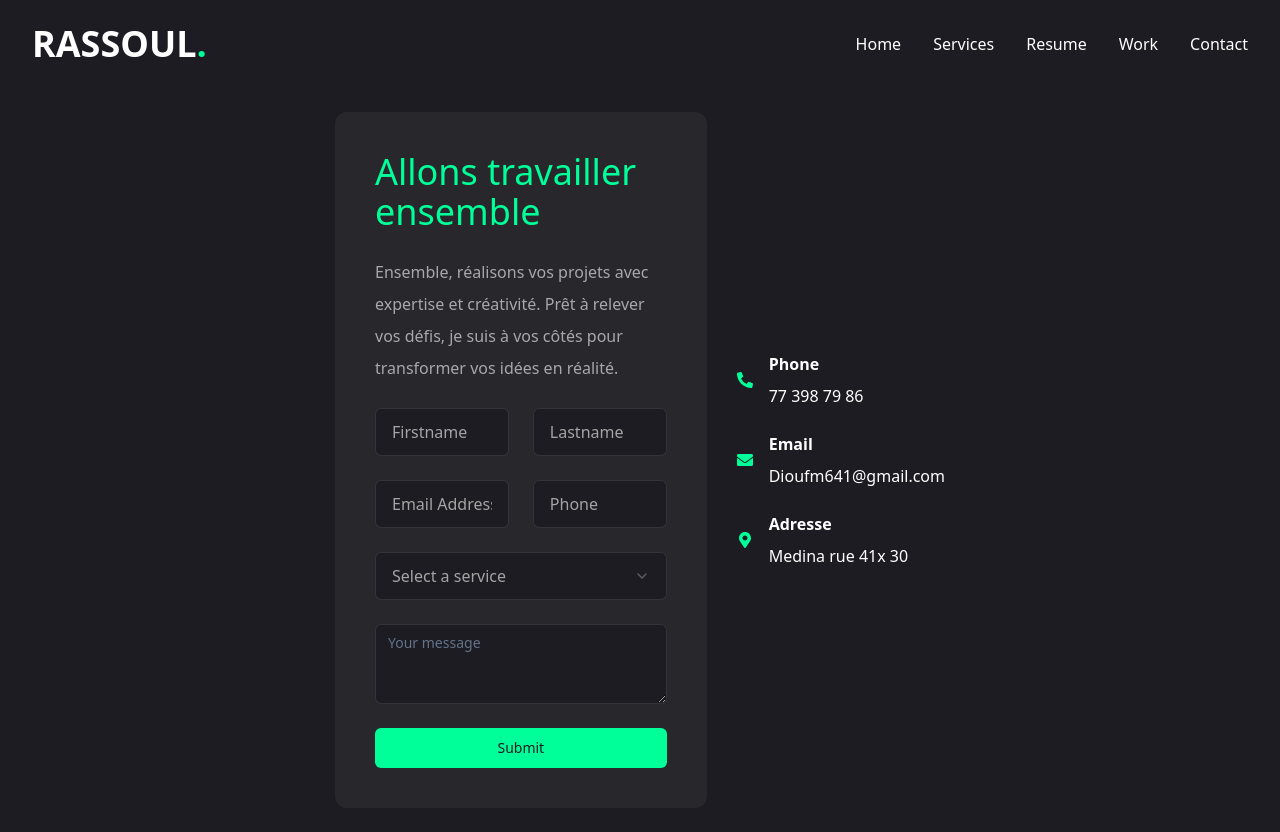
Repository: MDiouf9/portfolio2
Page: /contact
These files come from the project's save history. The page is drawn as it stood at one moment and after a run of saves; the edit follows.
The browser window is 1280 px wide. The pictures show the whole page.
The project was rebuilt for these pictures with package versions that can differ from the ones it lists, and the page was loaded fresh each time. The framework's server and built-in components were replaced by stand-ins that run in the browser. Also part of the build but not shown: next.config.mjs.

Above is the page before, as saved 2024-10-15 23:49:28.

### src/app/contact/page.tsx
"use client"
import { Button } from '@/components/ui/button';
import { Input } from '@/components/ui/input';
import { Textarea } from '@/components/ui/textarea';
import {
  Select,
  SelectContent,
  SelectGroup,
  SelectItem,
  SelectLabel,
  SelectTrigger,
  SelectValue
} from '@/components/ui/select';
import { FaPhoneAlt, FaEnvelope, FaMapMarkerAlt } from 'react-icons/fa';
import { motion } from 'framer-motion';

const info = [
  {
    icon: <FaPhoneAlt />,
    title: 'Phone',
    description: '77 398 79 86'
  },
  {
    icon: <FaEnvelope />,
    title: 'Email',
    description: 'Dioufm641@gmail.com'
  },
  {
    icon: <FaMapMarkerAlt />,
    title: 'Adresse',
    description: 'Medina rue 41x 30'
  }
];

const Contact = () => {
  return (
    <motion.section
      initial={{ opacity: 0 }}
      animate={{
        opacity: 1,
        transition: { delay: 2.4, duration: 0.4, ease: 'easeIn' },
      }}
      className="py-6"
    >
      <div className="container w">
        <div className="flex flex-col xl:flex-row gap-[30px]">
          {/* Formulaire de contact */}
          <div className="xl:h-[54%] order-2 xl:order-none w-full">
            <form className="flex flex-col gap-6 p-10 bg-[#27272c] rounded-xl w-full">
              <h3 className="text-4xl text-accent"> Allons travailler ensemble</h3>
              <p className="text-white/60">


Ensemble, réalisons vos projets avec expertise et créativité. Prêt à relever vos défis, je suis à vos côtés pour transformer vos idées en réalité.
              </p>
              <div className="grid grid-cols-1 md:grid-cols-2 gap-6">
                <Input type="text" placeholder="Firstname" />
                <Input type="text" placeholder="Lastname" />
                <Input type="email" placeholder="Email Address" />
                <Input type="tel" placeholder="Phone" />
              </div>
              <Select>
                <SelectTrigger className="w-full">
                  <SelectValue placeholder="Select a service" />
                </SelectTrigger>
                <SelectContent>
                  <SelectGroup>
                    <SelectLabel>Select a service</SelectLabel>
                    <SelectItem value="est">Web Development</SelectItem>
                    <SelectItem value="cst">Mobile Development</SelectItem>
                  </SelectGroup>
                </SelectContent>
              </Select>
              <Textarea className='h-[200px]:' placeholder="Your message" />
              <Button>Submit</Button>
            </form>
          </div>

          {/* Section avec les informations de contact */}
          <div className="flex-1 flex items-center xl:justify-end order-1 xl:order-none mb-8 xl:mb-0">
            <div className="space-y-4 text-white">
              {info.map((item, index) => (
                <div key={index} className="flex items-center space-x-4">
                  <div className="text-accent">{item.icon}</div>
                  <div>
                    <h4 className="font-bold">{item.title}</h4>
                    <p>{item.description}</p>
                  </div>
                </div>
              ))}
            </div>
          </div>
        </div>
      </div>
    </motion.section>
  );
};

export default Contact;

### src/components/Header.tsx
import Link from 'next/link';
import { Button } from './ui/button';
import React from 'react';
import Nav from './Nav';
import MobileNav from './MobileNav';

const Header = () => {
  return (
    <header className='bg-dark py-3 xl:py-6 text-white w-full'>
      {/* Wrapper pour le contenu du header */}
      <div className='flex items-center justify-between px-4 md:px-8'>
        {/* Logo */}
        <Link href="/">
          <h1 className='text-3xl md:text-4xl font-semibold'>
            RASSOUL<span className='text-accent'>.</span>
          </h1>
        </Link>

        {/* Menu de navigation pour les grands écrans */}
        <div className="hidden xl:flex items-center gap-8">
          <Nav />
          {/* <Link href="/Contact">
            <Button>Hire Me</Button>
          </Link> */}
        </div>

        {/* Menu mobile (uniquement visible sur petits écrans) */}
        <div className='xl:hidden'>
          <MobileNav />
        </div>
      </div>
    </header>
  );
};

export default Header;

### src/components/ui/button.tsx
import * as React from "react";
import { Slot } from "@radix-ui/react-slot";
import { cva, type VariantProps } from "class-variance-authority";

import { cn } from "@/lib/utils";

// Définit les variantes directement dans l'objet variants
const buttonVariants = cva(
  "inline-flex items-center justify-center whitespace-nowrap rounded-md text-sm font-medium ring-offset-white transition-colors focus-visible:outline-none focus-visible:ring-2 focus-visible:ring-slate-950 focus-visible:ring-offset-2 disabled:pointer-events-none disabled:opacity-50 dark:ring-offset-slate-950 dark:focus-visible:ring-slate-300",
  {
    variants: {
      variant: {
        default: "bg-accent text-primary hover:bg-accent-hover",
        outline: "border border-slate-300 text-slate-700 hover:bg-accent-hover",
      },
      size: {
        default: "h-10 px-4 py-2",
        sm: "h-9 rounded-md px-3",
        lg: "h-11 rounded-md px-8",
        icon: "h-10 w-10",
      },
    },
    defaultVariants: {
      variant: "default",
      size: "default",
    },
  }
);

// Interface ButtonProps
export interface ButtonProps
  extends React.ButtonHTMLAttributes<HTMLButtonElement>,
    VariantProps<typeof buttonVariants> {
  asChild?: boolean;
}

const Button = React.forwardRef<HTMLButtonElement, ButtonProps>(
  ({ className, variant, size, asChild = false, ...props }, ref) => {
    const Comp = asChild ? Slot : "button";
    return (
      <Comp
        className={cn(buttonVariants({ variant, size, className }))}
        ref={ref}
        {...props}
      />
    );
  }
);
Button.displayName = "Button";

export { Button, buttonVariants };

### src/components/ui/input.tsx
import * as React from "react"

import { cn } from "@/lib/utils"

export interface InputProps
  extends React.InputHTMLAttributes<HTMLInputElement> {}

const Input = React.forwardRef<HTMLInputElement, InputProps>(
  ({ className, type, ...props }, ref) => {
    return (
      <input
        type={type}
        className={cn( 'flex h-[48px] rounded-md border border-white/10 focus:border-accent font-light bg-primary px-4 py-5  text-base placeholder:text-white/60 outline-none',

          className
        )}
        ref={ref}
        {...props}
      />
    )
  }
)
Input.displayName = "Input"

export { Input }

### src/components/ui/textarea.tsx
import * as React from "react"

import { cn } from "@/lib/utils"

export interface TextareaProps
  extends React.TextareaHTMLAttributes<HTMLTextAreaElement> {}

const Textarea = React.forwardRef<HTMLTextAreaElement, TextareaProps>(
  ({ className, ...props }, ref) => {
    return (
      <textarea
        className={cn(
          "flex min-h-[80px] w-full rounded-md border border-white/10 bg-primary px-3 py-2 text-sm ring-offset-white placeholder:text-slate-500 focus-visible:outline-none focus-visible:ring-2 focus-visible:ring-accent focus-visible:ring-offset-2 disabled:cursor-not-allowed disabled:opacity-50 dark:border-slate-800 dark:bg-slate-950 dark:ring-offset-slate-950 dark:placeholder:text-slate-400 dark:focus-visible:ring-slate-300",
          className
        )}
        ref={ref}
        {...props}
      />
    )
  }
)
Textarea.displayName = "Textarea"

export { Textarea }

### src/components/ui/select.tsx
"use client"

import * as React from "react"
import * as SelectPrimitive from "@radix-ui/react-select"
import { Check, ChevronDown, ChevronUp } from "lucide-react"

import { cn } from "@/lib/utils"

const Select = SelectPrimitive.Root

const SelectGroup = SelectPrimitive.Group

const SelectValue = SelectPrimitive.Value

const SelectTrigger = React.forwardRef<
  React.ElementRef<typeof SelectPrimitive.Trigger>,
  React.ComponentPropsWithoutRef<typeof SelectPrimitive.Trigger>
>(({ className, children, ...props }, ref) => (
  <SelectPrimitive.Trigger
    ref={ref}
    className={cn(
      "flex h-[48px] w-full items-center justify-between rounded-md border border-white/10 bg-primary px-4 py-5 text-base text-white/60 placeholder:text-white/10 focus:outline-none focus:ring-2 focus:border-accent outline-none",
      className
    )}
    {...props}
  >
    {children}
    <SelectPrimitive.Icon asChild>
      <ChevronDown className="h-4 w-4 opacity-50" />
    </SelectPrimitive.Icon>
  </SelectPrimitive.Trigger>
))
SelectTrigger.displayName = SelectPrimitive.Trigger.displayName

const SelectScrollUpButton = React.forwardRef<
  React.ElementRef<typeof SelectPrimitive.ScrollUpButton>,
  React.ComponentPropsWithoutRef<typeof SelectPrimitive.ScrollUpButton>
>(({ className, ...props }, ref) => (
  <SelectPrimitive.ScrollUpButton
    ref={ref}
    className={cn(
      "flex cursor-default items-center justify-center py-1",
      className
    )}
    {...props}
  >
    <ChevronUp className="h-4 w-4" />
  </SelectPrimitive.ScrollUpButton>
))
SelectScrollUpButton.displayName = SelectPrimitive.ScrollUpButton.displayName

const SelectScrollDownButton = React.forwardRef<
  React.ElementRef<typeof SelectPrimitive.ScrollDownButton>,
  React.ComponentPropsWithoutRef<typeof SelectPrimitive.ScrollDownButton>
>(({ className, ...props }, ref) => (
  <SelectPrimitive.ScrollDownButton
    ref={ref}
    className={cn(
      "flex cursor-default items-center justify-center py-1",
      className
    )}
    {...props}
  >
    <ChevronDown className="h-4 w-4" />
  </SelectPrimitive.ScrollDownButton>
))
SelectScrollDownButton.displayName =
  SelectPrimitive.ScrollDownButton.displayName

const SelectContent = React.forwardRef<
  React.ElementRef<typeof SelectPrimitive.Content>,
  React.ComponentPropsWithoutRef<typeof SelectPrimitive.Content>
>(({ className, children, position = "popper", ...props }, ref) => (
  <SelectPrimitive.Portal>
    <SelectPrimitive.Content
      ref={ref}
      className={cn(
        "relative z-50 max-h-96 min-w-[8rem] overflow-hidden rounded-md border border-accent bg-primary text-white/60 shadow-md data-[state=open]:animate-in data-[state=closed]:animate-out data-[state=closed]:fade-out-0 data-[state=open]:fade-in-0 data-[state=closed]:zoom-out-95 data-[state=open]:zoom-in-95 data-[side=bottom]:slide-in-from-top-2 data-[side=left]:slide-in-from-right-2 data-[side=right]:slide-in-from-left-2 data-[side=top]:slide-in-from-bottom-2 dark:border-slate-800 dark:bg-slate-950 dark:text-slate-50",
        position === "popper" &&
          "data-[side=bottom]:translate-y-1 data-[side=left]:-translate-x-1 data-[side=right]:translate-x-1 data-[side=top]:-translate-y-1",
        className
      )}
      position={position}
      {...props}
    >
      <SelectScrollUpButton />
      <SelectPrimitive.Viewport
        className={cn(
          "p-1",
          position === "popper" &&
            "h-[var(--radix-select-trigger-height)] w-full min-w-[var(--radix-select-trigger-width)]"
        )}
      >
        {children}
      </SelectPrimitive.Viewport>
      <SelectScrollDownButton />
    </SelectPrimitive.Content>
  </SelectPrimitive.Portal>
))
SelectContent.displayName = SelectPrimitive.Content.displayName

const SelectLabel = React.forwardRef<
  React.ElementRef<typeof SelectPrimitive.Label>,
  React.ComponentPropsWithoutRef<typeof SelectPrimitive.Label>
>(({ className, ...props }, ref) => (
  <SelectPrimitive.Label
    ref={ref}
    className={cn("py-1.5 pl-8 pr-2 text-sm font-semibold", className)}
    {...props}
  />
))
SelectLabel.displayName = SelectPrimitive.Label.displayName

const SelectItem = React.forwardRef<
  React.ElementRef<typeof SelectPrimitive.Item>,
  React.ComponentPropsWithoutRef<typeof SelectPrimitive.Item>
>(({ className, children, ...props }, ref) => (
  <SelectPrimitive.Item
    ref={ref}
    className={cn(
      "relative flex w-full cursor-default select-none items-center rounded-sm py-1.5 pl-8 pr-2 text-sm outline-none focus:bg-accent focus:text-slate-900 data-[disabled]:pointer-events-none data-[disabled]:opacity-50 dark:focus:bg-slate-800 dark:focus:text-accent",
      className
    )}
    {...props}
  >
    <span className="absolute left-2 flex h-3.5 w-3.5 items-center justify-center">
      <SelectPrimitive.ItemIndicator>
        <Check className="h-4 w-4" />
      </SelectPrimitive.ItemIndicator>
    </span>

    <SelectPrimitive.ItemText>{children}</SelectPrimitive.ItemText>
  </SelectPrimitive.Item>
))
SelectItem.displayName = SelectPrimitive.Item.displayName

const SelectSeparator = React.forwardRef<
  React.ElementRef<typeof SelectPrimitive.Separator>,
  React.ComponentPropsWithoutRef<typeof SelectPrimitive.Separator>
>(({ className, ...props }, ref) => (
  <SelectPrimitive.Separator
    ref={ref}
    className={cn("-mx-1 my-1 h-px bg-slate-100 dark:bg-slate-800", className)}
    {...props}
  />
))
SelectSeparator.displayName = SelectPrimitive.Separator.displayName

export {
  Select,
  SelectGroup,
  SelectValue,
  SelectTrigger,
  SelectContent,
  SelectLabel,
  SelectItem,
  SelectSeparator,
  SelectScrollUpButton,
  SelectScrollDownButton,
}

### src/components/Nav.tsx
"use client"
import React from 'react'
import Link from 'next/link'
import { usePathname } from 'next/navigation'



const links =[
        {
            name: "Home",
            path: "/",
        },
        {
            name: "Services",
            path: "/Services",
        },
        {
            name: "Resume",
            path: "/Resume",
        },
        {
            name: "work",
            path: "/Work",
        },
        {
            name: "Contact",
            path: "/Contact",
        },
    ]
 const Nav = () => {
  const  pathname = usePathname();
  return (
    <nav className=' flex gap-8'>
        {links.map((link,index) => {
            return (
                <Link href={link.path} key={index} className={`${link.path === pathname && "text-accent border-b-2 border-accent"} capitalize font-medium hover:text-accent transition-all`}>
                    {link.name}
                </Link>
            );
        })}

    </nav>
  );
}
export default Nav

### src/components/MobileNav.tsx
"use client";
import React from 'react'
import {Sheet ,  SheetContent, SheetTrigger, } from '@/components/ui/sheet'
import { usePathname } from 'next/navigation';
import Link from 'next/link';
import {CiMenuFries} from "react-icons/ci"

const links =[
  {
    name: "Home",
    path: "/",
},
{
    name: "Services",
    path: "/Services",
},
{
    name: "Resume",
    path: "/Resume",
},
{
    name: "work",
    path: "/Work",
},
{
    name: "Contact",
    path: "/Contact",
},
]

const MobileNav = () => {
  const pathname = usePathname();
  return (
    <Sheet>
<SheetTrigger className='flex justify-center items-center'>
  <CiMenuFries  className=' text-[32px] text-accent'/>
</SheetTrigger>
<SheetContent  className='flex flex-col'>

     <div className=' mt-32 mb-40 text-center txt-2xl'>
     <h1> MOUHAMED<span className='text-accent'>.</span> <em className='text-accent'>DIOUF</em></h1>

     </div>
     <nav className='flex flex-col justify-center items-center gap-8'>
{links.map((link,index)=>{
  return (
    <Link href={link.path} key={index} className={`${link.path === pathname && "text-accent border-b-2 border-accent"} capitalize font-medium hover:text-accent transition-all`}>
      {link.name}


    </Link>
  )
})

}
     </nav>
     </SheetContent>
    </Sheet>
  )
}

export default MobileNav

### src/components/ui/sheet.tsx
"use client"

import * as React from "react"
import * as SheetPrimitive from "@radix-ui/react-dialog"
import { cva, type VariantProps } from "class-variance-authority"
import {IoMdClose} from 'react-icons/io'

import { cn } from "@/lib/utils"

const Sheet = SheetPrimitive.Root

const SheetTrigger = SheetPrimitive.Trigger

const SheetClose = SheetPrimitive.Close

const SheetPortal = SheetPrimitive.Portal

const SheetOverlay = React.forwardRef<
  React.ElementRef<typeof SheetPrimitive.Overlay>,
  React.ComponentPropsWithoutRef<typeof SheetPrimitive.Overlay>
>(({ className, ...props }, ref) => (
  <SheetPrimitive.Overlay
    className={cn(
      "fixed inset-0 z-50 bg-black/80  data-[state=open]:animate-in data-[state=closed]:animate-out data-[state=closed]:fade-out-0 data-[state=open]:fade-in-0",
      className
    )}
    {...props}
    ref={ref}
  />
))
SheetOverlay.displayName = SheetPrimitive.Overlay.displayName

const sheetVariants = cva(
  "fixed z-50 gap-4 bg-primary p-6 shadow-lg transition ease-in-out data-[state=open]:animate-in data-[state=closed]:animate-out data-[state=closed]:duration-300 data-[state=open]:duration-500 dark:bg-slate-950",
  {
    variants: {
      side: {
        top: "inset-x-0 top-0 border-b data-[state=closed]:slide-out-to-top data-[state=open]:slide-in-from-top",
        bottom:
          "inset-x-0 bottom-0 border-t data-[state=closed]:slide-out-to-bottom data-[state=open]:slide-in-from-bottom",
        left: "inset-y-0 left-0 h-full w-3/4  data-[state=closed]:slide-out-to-left data-[state=open]:slide-in-from-left sm:max-w-sm",
        right:
          "inset-y-0 right-0 h-full w-3/4   data-[state=closed]:slide-out-to-right data-[state=open]:slide-in-from-right sm:max-w-sm",
      },
    },
    defaultVariants: {
      side: "right",
    },
  }
)

interface SheetContentProps
  extends React.ComponentPropsWithoutRef<typeof SheetPrimitive.Content>,
    VariantProps<typeof sheetVariants> {}

const SheetContent = React.forwardRef<
  React.ElementRef<typeof SheetPrimitive.Content>,
  SheetContentProps
>(({ side = "right", className, children, ...props }, ref) => (
  <SheetPortal>
    <SheetOverlay />
    <SheetPrimitive.Content
      ref={ref}
      className={cn(sheetVariants({ side }), className)}
      {...props}
    >
      {children}
      <SheetPrimitive.Close className="absolute right-4 top-4 rounded-sm opacity-70 ring-offset-white transition-opacity hover:opacity-100 focus:outline-none focus:ring-2 focus:ring-slate-950 focus:ring-offset-2 disabled:pointer-events-none data-[state=open]:bg-slate-100 dark:ring-offset-slate-950 dark:focus:ring-slate-300 dark:data-[state=open]:bg-slate-800">
        <IoMdClose className="text-3xl text-accent" />
        <span className="sr-only">Close</span>
      </SheetPrimitive.Close>
    </SheetPrimitive.Content>
  </SheetPortal>
))
SheetContent.displayName = SheetPrimitive.Content.displayName

const SheetHeader = ({
  className,
  ...props
}: React.HTMLAttributes<HTMLDivElement>) => (
  <div
    className={cn(
      "flex flex-col space-y-2 text-center sm:text-left",
      className
    )}
    {...props}
  />
)
SheetHeader.displayName = "SheetHeader"

const SheetFooter = ({
  className,
  ...props
}: React.HTMLAttributes<HTMLDivElement>) => (
  <div
    className={cn(
      "flex flex-col-reverse sm:flex-row sm:justify-end sm:space-x-2",
      className
    )}
    {...props}
  />
)
SheetFooter.displayName = "SheetFooter"

const SheetTitle = React.forwardRef<
  React.ElementRef<typeof SheetPrimitive.Title>,
  React.ComponentPropsWithoutRef<typeof SheetPrimitive.Title>
>(({ className, ...props }, ref) => (
  <SheetPrimitive.Title
    ref={ref}
    className={cn("text-lg font-semibold text-slate-950 dark:text-slate-50", className)}
    {...props}
  />
))
SheetTitle.displayName = SheetPrimitive.Title.displayName

const SheetDescription = React.forwardRef<
  React.ElementRef<typeof SheetPrimitive.Description>,
  React.ComponentPropsWithoutRef<typeof SheetPrimitive.Description>
>(({ className, ...props }, ref) => (
  <SheetPrimitive.Description
    ref={ref}
    className={cn("text-sm text-slate-500 dark:text-slate-400", className)}
    {...props}
  />
))
SheetDescription.displayName = SheetPrimitive.Description.displayName

export {
  Sheet,
  SheetPortal,
  SheetOverlay,
  SheetTrigger,
  SheetClose,
  SheetContent,
  SheetHeader,
  SheetFooter,
  SheetTitle,
  SheetDescription,
}

Loaded but not shown: src/app/layout.tsx (common file); src/app/globals.css (common file); src/lib/utils.ts (common file); tailwind.config.ts (common file)

After the next 2 saves:
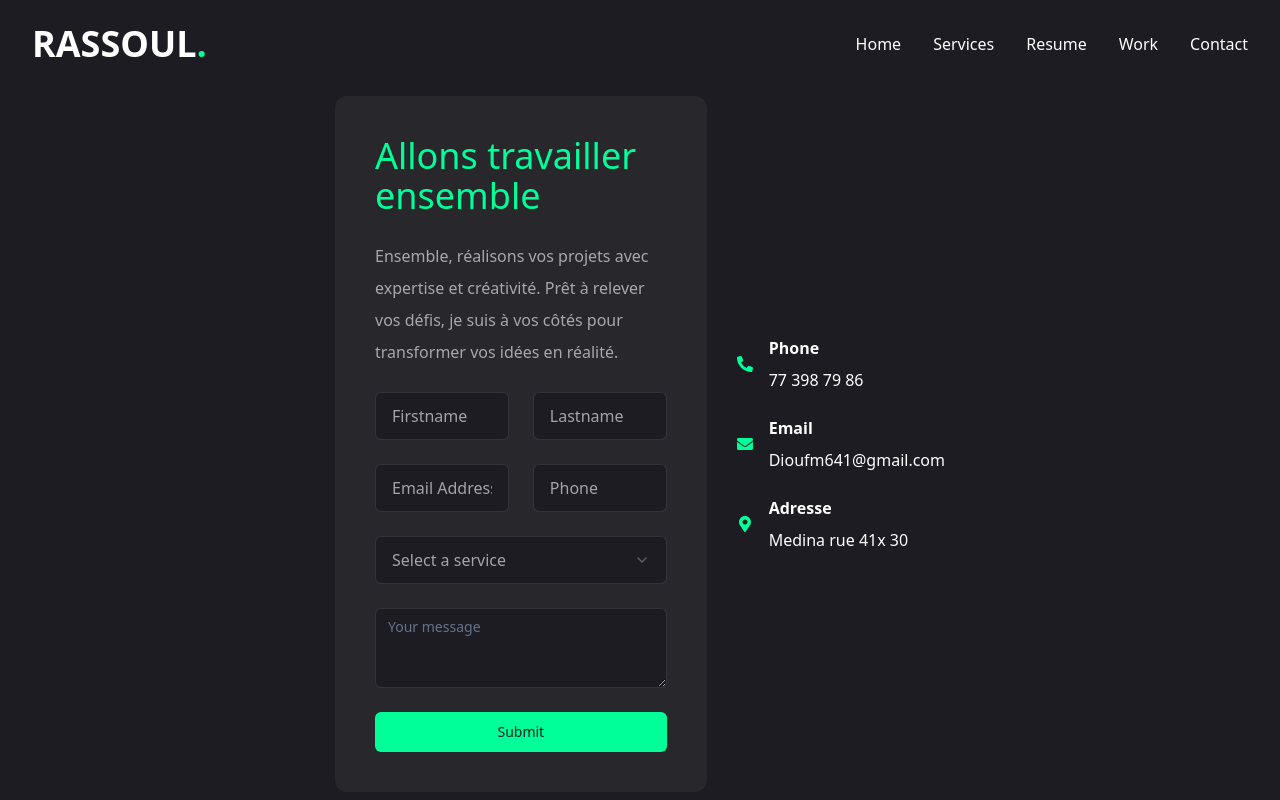
The 2 saves are shown as one change because they came seconds apart.
The last was saved 10 s later.
--- a/src/app/contact/page.tsx
+++ b/src/app/contact/page.tsx
@@ -40,7 +40,7 @@ const Contact = () => {
         opacity: 1,
         transition: { delay: 2.4, duration: 0.4, ease: 'easeIn' },
       }}
-      className="py-6"
+      className="py-2"
     >
       <div className="container w">
         <div className="flex flex-col xl:flex-row gap-[30px]">
